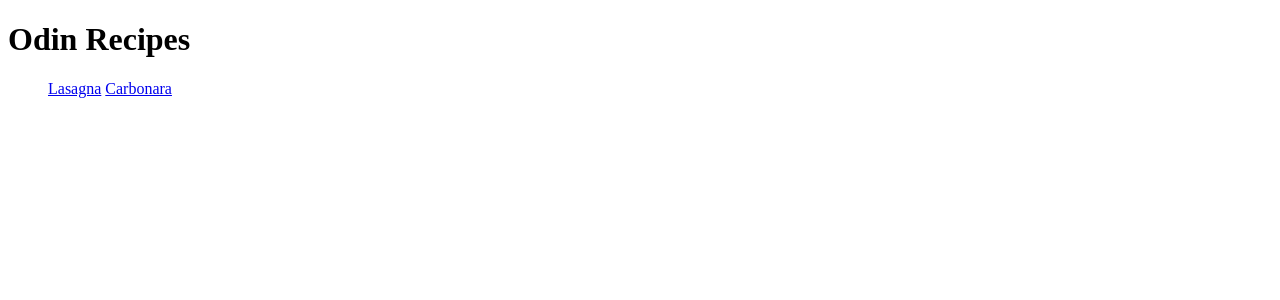
Repository: evemcd/odin_project
Page: odin-project1-recipes/index.html
The author's editor kept a copy of each file at every save. The page is drawn from the files as they stood at one save, then again after the next save.
The browser window is 1280 px wide. The pictures show the whole page.

Above is the page before, as saved 2022-01-30 12:12:00.

### odin-project1-recipes/index.html
<!DOCTYPE html>
<html lang="en">
<head>
    <meta charset="UTF-8">
    <title>Odin Recipes</title>
</head>
<body>
    <h1>Odin Recipes</h1>
    <ul>
        <a href="./recipes/lasagna.html">Lasagna</a>
        <a href="./recipes/carbonara.html">Carbonara</a>
    </ul>
</body>
</html>

After the next save:
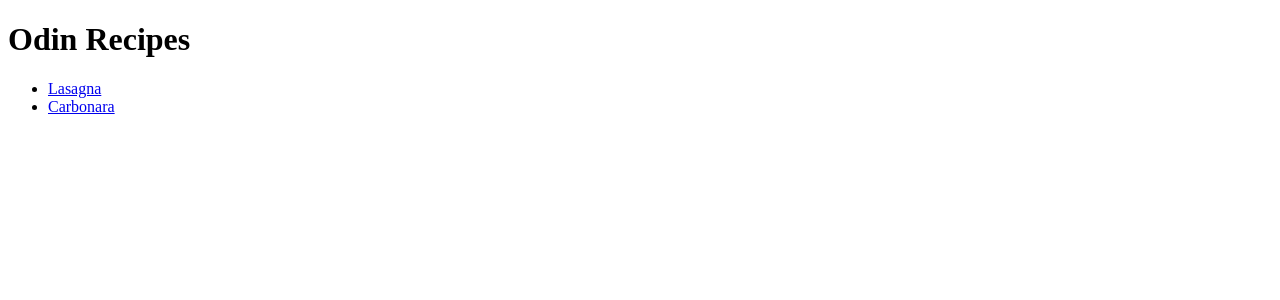
Saved 97 s later.
--- a/odin-project1-recipes/index.html
+++ b/odin-project1-recipes/index.html
@@ -7,8 +7,8 @@
 <body>
     <h1>Odin Recipes</h1>
     <ul>
-        <a href="./recipes/lasagna.html">Lasagna</a>
-        <a href="./recipes/carbonara.html">Carbonara</a>
+        <li><a href="./recipes/lasagna.html">Lasagna</a></li>
+        <li><a href="./recipes/carbonara.html">Carbonara</a></li>
     </ul>
 </body>
 </html>
